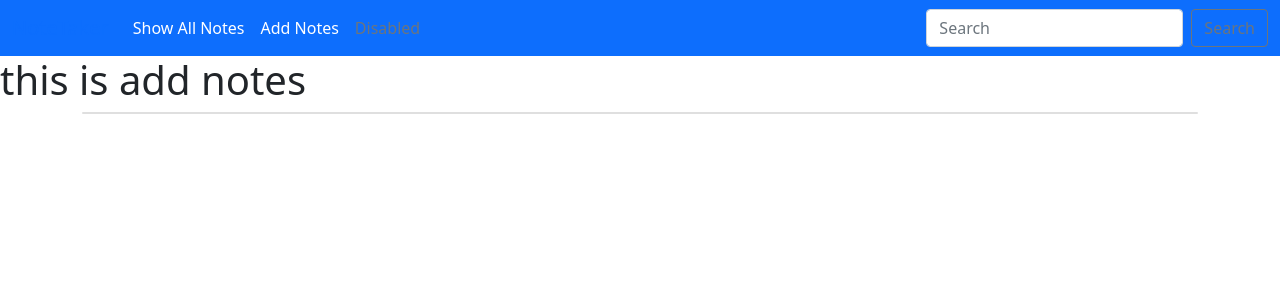
Repository: Shubham-Kumar-cmd/Hibernate
Page: http://localhost/NoteTakerApp/addNotes.jsp
An editor plug-in stored every save of this project. The page is shown before and after the next save, followed by the edit.
The browser window is 1280 px wide. The pictures show the whole page.
The page is served by Tomcat 9.

Above is the page before, as saved 2023-02-07 12:24:08.

After the next save:
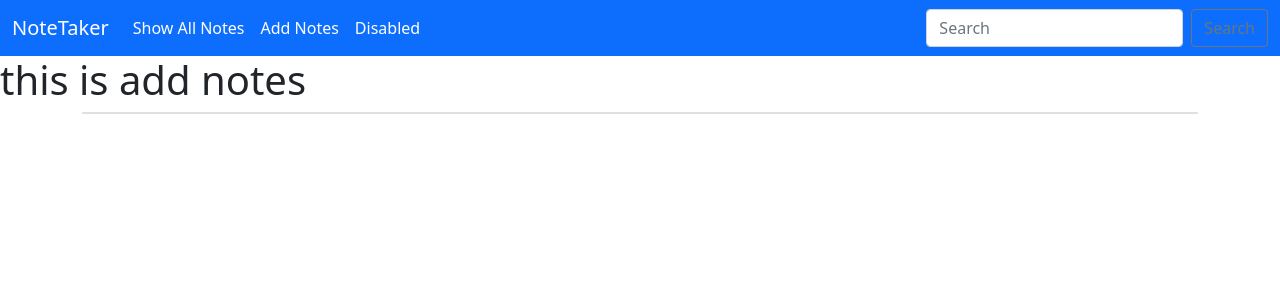
Saved 47 s later.
--- a/NoteTakerApp/src/main/webapp/header.jsp
+++ b/NoteTakerApp/src/main/webapp/header.jsp
@@ -14,15 +14,15 @@
 <body>
 	<nav class="navbar navbar-expand-lg navbar-primary bg-primary">
 		<div class="container-fluid">
-			<a class="navbar-brand" href="#">NoteTaker</a>
+			<a class="navbar-brand text-white" href="#">NoteTaker</a>
 
 			<div class="collapse navbar-collapse" id="navbarSupportedContent">
-				<ul class="navbar-nav me-auto mb-2 mb-lg-0 text-white">
-					<li class="nav-item text-white"><a class="nav-link active text-white"
+				<ul class="navbar-nav me-auto mb-2 mb-lg-0">
+					<li class="nav-item"><a class="nav-link active text-white"
 						aria-current="page" href="showAllNotes.jsp">Show All Notes</a></li>
 					<li class="nav-item"><a class="nav-link text-white" href="addNotes.jsp">Add Notes</a></li>
 
-					<li class="nav-item"><a class="nav-link disabled" href="#"
+					<li class="nav-item"><a class="nav-link text-white" href="#"
 						tabindex="-1" aria-disabled="false">Disabled</a></li>
 				</ul>
 				<form class="d-flex">
